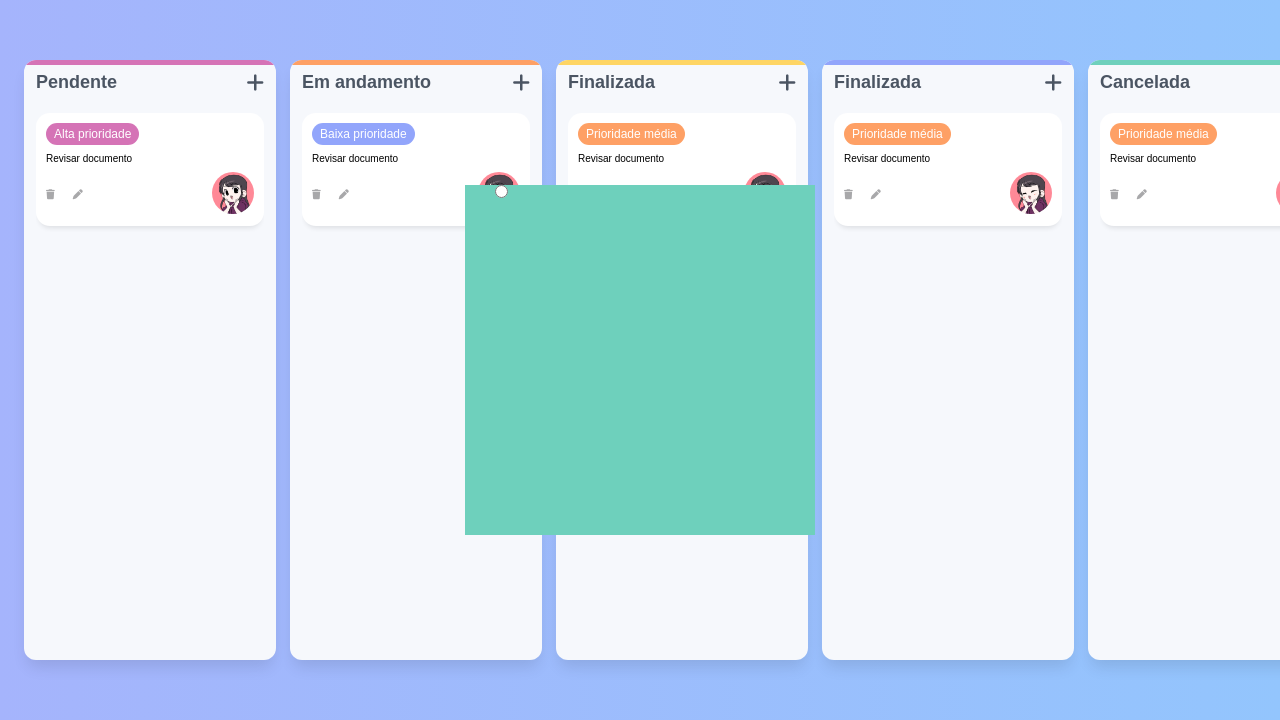
Repository: Marinalr-25/ProjetoToDoList
Page: index.html
These files come from the project's save history. The page is drawn as it stood at one moment and after the next save; the edit follows.
The browser window is 1280 px wide. The pictures show the whole page.
Some web fonts or font styles are not loaded; a fallback is used. Some web libraries are served in a nearby version.

Above is the page before, as saved 2024-10-31 15:39:35.

### index.html
<!DOCTYPE html>
<html lang="pt-BR">
  <head>
    <meta charset="UTF-8" />
    <meta name="viewport" content="width=device-width, initial-scale=1.0" />
    <link rel="preconnect" href="https://fonts.googleapis.com" />
    <link rel="preconnect" href="https://fonts.gstatic.com" crossorigin />
    <link
      href="https://fonts.googleapis.com/css2?family=Playpen+Sans:wght@100..800&family=Roboto:ital,wght@0,100;0,300;0,400;0,500;0,700;0,900;1,100;1,300;1,400;1,500;1,700;1,900&display=swap"
      rel="stylesheet"
    />
    <link
      rel="stylesheet"
      href="https://cdnjs.cloudflare.com/ajax/libs/font-awesome/6.6.0/css/all.min.css"
      integrity="sha512-Kc323vGBEqzTmouAECnVceyQqyqdsSiqLQISBL29aUW4U/M7pSPA/gEUZQqv1cwx4OnYxTxve5UMg5GT6L4JJg=="
      crossorigin="anonymous"
      referrerpolicy="no-referrer"
    />
    <link rel="stylesheet" href="css/style.css" />
    <title>Suas tarefas</title>
  </head>
  <body>
    <main class="kanban">
      <!-- coluna 1 -->
      <div class="kanban-column" data-id="1">
        <div class="kanban-title">
          <h2>Pendente</h2>
          <button class="add-card"><i class="fa-solid fa-plus"></i></button>
        </div>
        <div class="kanban-cards">
          <div class="kanban-card" draggable="true">
            <div class="badge high">
              <span>Alta prioridade</span>
            </div>
            <p class="card-title">Revisar documento</p>
            <div class="card-infos">
              <div class="card-icons">
                <p>
                  <i class="fa-solid fa-trash"></i>
                </p>
                <p>
                  <i class="fa-solid fa-pen"></i>
                </p>
              </div>
              <div class="user">
                <img src="images/iconePerfil1.png" alt="avatar1" />
              </div>
            </div>
          </div>
        </div>
      </div>
      <!-- coluna 2 -->
      <div class="kanban-column" data-id="2">
        <div class="kanban-title">
          <h2>Em andamento</h2>
          <button class="add-card"><i class="fa-solid fa-plus"></i></button>
        </div>
        <div class="kanban-cards">
          <div class="kanban-card" draggable="true">
            <div class="badge low">
              <span>Baixa prioridade</span>
            </div>
            <p class="card-title">Revisar documento</p>
            <div class="card-infos">
              <div class="card-icons">
                <p>
                  <i class="fa-solid fa-trash"></i>
                </p>
                <p>
                  <i class="fa-solid fa-pen"></i>
                </p>
              </div>
              <div class="user">
                <img src="images/iconePerfil2.png" alt="avatar2" />
              </div>
            </div>
          </div>
        </div>
      </div>
      <!-- coluna 3 -->
      <div class="kanban-column" data-id="3">
        <div class="kanban-title">
          <h2>Finalizada</h2>
          <button class="add-card"><i class="fa-solid fa-plus"></i></button>
        </div>
        <div class="kanban-cards">
          <div class="kanban-card" draggable="true">
            <div class="badge medium">
              <span>Prioridade média</span>
            </div>
            <p class="card-title">Revisar documento</p>
            <div class="card-infos">
              <div class="card-icons">
                <p>
                  <i class="fa-solid fa-trash"></i>
                </p>
                <p>
                  <i class="fa-solid fa-pen"></i>
                </p>
              </div>
              <div class="user">
                <img src="images/iconePerfil2.png" alt="avatar2" />
              </div>
            </div>
          </div>
        </div>
      </div>
      <!-- coluna 4 -->
      <div class="kanban-column" data-id="4">
        <div class="kanban-title">
          <h2>Finalizada</h2>
          <button class="add-card"><i class="fa-solid fa-plus"></i></button>
        </div>
        <div class="kanban-cards">
          <div class="kanban-card" draggable="true">
            <div class="badge medium">
              <span>Prioridade média</span>
            </div>
            <p class="card-title">Revisar documento</p>
            <div class="card-infos">
              <div class="card-icons">
                <p>
                  <i class="fa-solid fa-trash"></i>
                </p>
                <p>
                  <i class="fa-solid fa-pen"></i>
                </p>
              </div>
              <div class="user">
                <img src="images/iconePerfil2.png" alt="avatar2" />
              </div>
            </div>
          </div>
        </div>
      </div>
      <!-- coluna 5 -->
      <div class="kanban-column" data-id="5">
        <div class="kanban-title">
          <h2>Cancelada</h2>
          <button class="add-card"><i class="fa-solid fa-plus"></i></button>
        </div>
        <div class="kanban-cards">
          <div class="kanban-card" draggable="true">
            <div class="badge medium">
              <span>Prioridade média</span>
            </div>
            <p class="card-title">Revisar documento</p>
            <div class="card-infos">
              <div class="card-icons">
                <p>
                  <i class="fa-solid fa-trash"></i>
                </p>
                <p>
                  <i class="fa-solid fa-pen"></i>
                </p>
              </div>
              <div class="user">
                <img src="images/iconePerfil2.png" alt="avatar2" />
              </div>
            </div>
          </div>
        </div>
      </div>

      <div class="adicionando">
        <label for="prioridade"></label>
        <input
          type="radio"
          name="prioridade"
          id="prioridade"
          placeholder="Alta prioridade"
        />
      </div>
    </main>
    <script src="javascript/script.js"></script>
  </body>
</html>

### css/style.css
* {
  padding: 0;
  margin: 0;
  box-sizing: border-box;
}

*::-webkit-scrollbar {
  width: 0.8rem;
}

*::-webkit-scrollbar-track {
  background-color: #eaeffa;
  border-radius: 0.8rem;
}
*::-webkit-scrollbar-thumb {
  background-color: #b7d3fb;
  border-radius: 2rem;
}

html {
  font-size: 62.5%;
}

body {
  font-family: 'Playpen Sans', sans-serif;
  min-height: 100vh;
  display: flex;
  justify-content: center;
  align-items: center;
  background: linear-gradient(90deg, #a5b4fc, #93c5fd);
}

.kanban {
  display: flex;
  gap: 1.4rem;
  padding: 2.4rem;
  width: 100%;
  height: 90vh;
  overflow-x: auto;
}

.kanban-column {
  display: flex;
  flex-direction: column;
  gap: 1.8rem;
  height: 100%;
  overflow-y: auto;
  background-color: #f6f8fc;
  border-radius: 1.2rem;
  box-shadow: 0 1rem 1.5rem -0.3rem rgba(0, 0, 0, 0.1);
  padding: 1.2rem;
  overflow: hidden;
  min-width: 25.2rem;
  position: relative;

  &::after {
    position: absolute;
    content: '';
    top: 0;
    left: 0;
    height: 0.5rem;
    width: 100%;
  }
  &[data-id='1']::after {
    background-color: #d573b6;
  }
  &[data-id='2']::after {
    background-color: #fea065;
  }
  &[data-id='3']::after {
    background-color: #fed565;
  }
  &[data-id='4']::after {
    background-color: #92a5fb;
  }
  &[data-id='5']::after {
    background-color: #6ed0bc;
  }
}

.kanban-title {
  display: flex;
  justify-content: space-between;

  & h2 {
    font-size: 1.8rem;
    color: #4b5563;
    font-weight: 600;
  }
}

.add-card {
  color: #4b5563;
  font-size: 2rem;
  background-color: transparent;
  cursor: pointer;
  border: none;
}

.kanban-cards {
  display: flex;
  flex-direction: column;
  gap: 0.8rem;
  height: 100%;
  overflow-x: hidden;
  overflow-y: auto;
}

.kanban-card {
  display: flex;
  flex-direction: column;
  gap: 0.8rem;
  background-color: #ffffff;
  padding: 1rem;
  border-radius: 1.4rem;
  box-shadow: 0 0.5rem 0.5rem -0.3rem rgba(0, 0, 0, 0.1);
  cursor: pointer;
}

.badge {
  color: #ffffff;
  width: fit-content;
  font-size: 1.2rem;
  padding: 0.4rem 0.8rem;
  border-radius: 1.2rem;

  &.high {
    background-color: #d573b6;
  }
  &.medium {
    background-color: #fea065;
  }
  &.low {
    background-color: #92a5fb;
  }
}

.dragging {
  opacity: 0.5;
}

.card-infos {
  display: flex;
  justify-content: space-between;
  align-items: center;
}
.card-icons {
  display: flex;
  gap: 1.8rem;
  & i {
    color: #a8a8aa;
  }
}

.cards-hover {
  background-color: #eaeffa;
  border-radius: 0.8rem;
}

.user img {
  width: 4.2rem;
  height: 4.2rem;
  border-radius: 100%;
  object-fit: cover;
}

.adicionando {
  position: fixed;
  top: 50%;
  left: 50%;
  transform: translate(-50%, -50%);
  width: 35rem;
  height: 35rem;
  background-color: #6ed0bc;
}

.input[type='radio'] {
  display: none;
}

label {
  position: relative;
  padding-left: 3rem;
  cursor: pointer;
}

label::before {
  content: '';
}

### javascript/script.js
document.addEventListener('DOMContentLoaded', function () {
  const cards = document.querySelectorAll('.kanban-card');
  const colunas = document.querySelectorAll('.kanban-cards');
  const mais = document.querySelectorAll('.fa-solid.fa-plus');
  console.log(mais);
  let dragCard = null;

  cards.forEach((card) => {
    card.addEventListener('dragstart', (e) => {
      dragCard = card;
      e.currentTarget.classList.add('dragging');
    });
    card.addEventListener('dragend', (e) => {
      e.currentTarget.classList.remove('dragging');
      dragCard = null;
    });
  });

  colunas.forEach((coluna) => {
    coluna.addEventListener('dragover', (e) => {
      e.preventDefault();
      e.currentTarget.classList.add('cards-hover');
    });
    coluna.addEventListener('dragleave', (e) => {
      e.currentTarget.classList.remove('cards-hover');
    });
    coluna.addEventListener('drop', (e) => {
      e.preventDefault();
      e.currentTarget.classList.remove('cards-hover');
      if (dragCard) {
        e.currentTarget.appendChild(dragCard);
      }
    });
  });

  mais.forEach((adicionar) => {
    adicionar.addEventListener;
  });
});

After the next save:
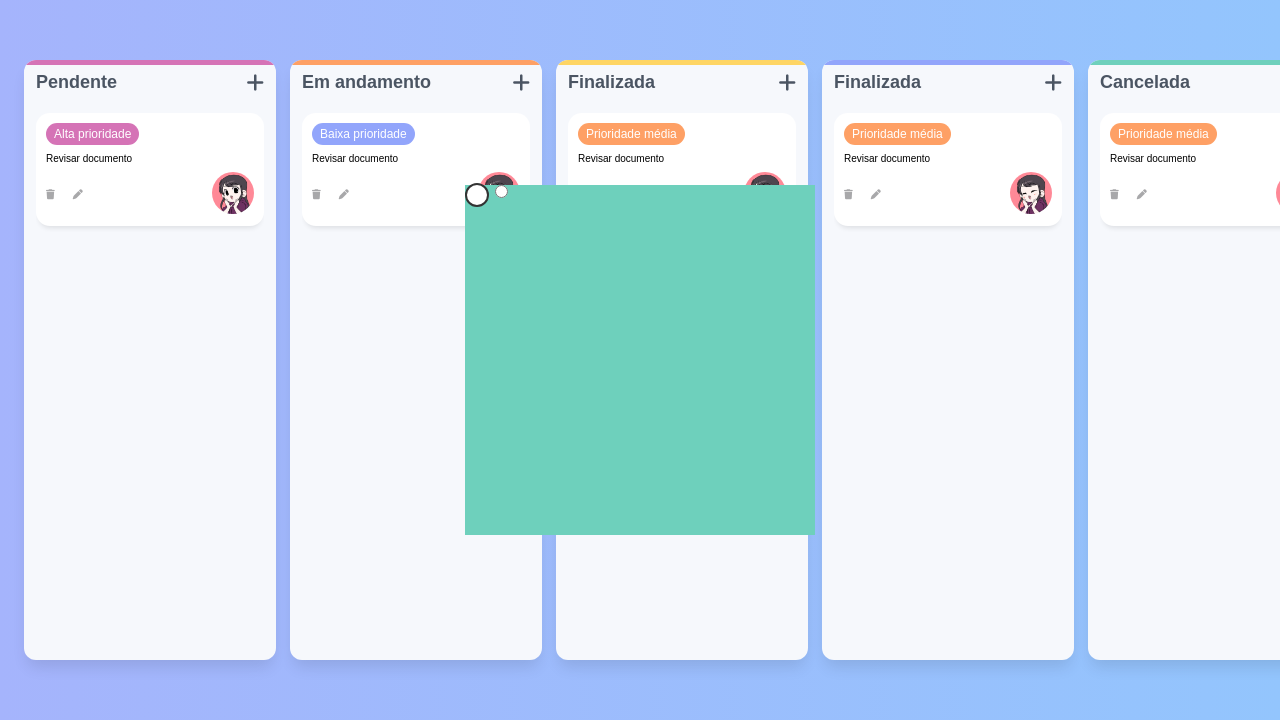
Saved 9 s later.
--- a/css/style.css
+++ b/css/style.css
@@ -186,4 +186,15 @@ label {
 
 label::before {
   content: '';
-}
+  content: '';
+  position: absolute;
+  left: 0;
+  top: 50%;
+  transform: translateY(-50%);
+  width: 20px;
+  height: 20px;
+  border: 2px solid #333; /* Cor da borda do círculo */
+  border-radius: 50%;
+  background-color: #fff; /* Cor do fundo do círculo */
+  transition: background-color 0.3s ease;
+}
